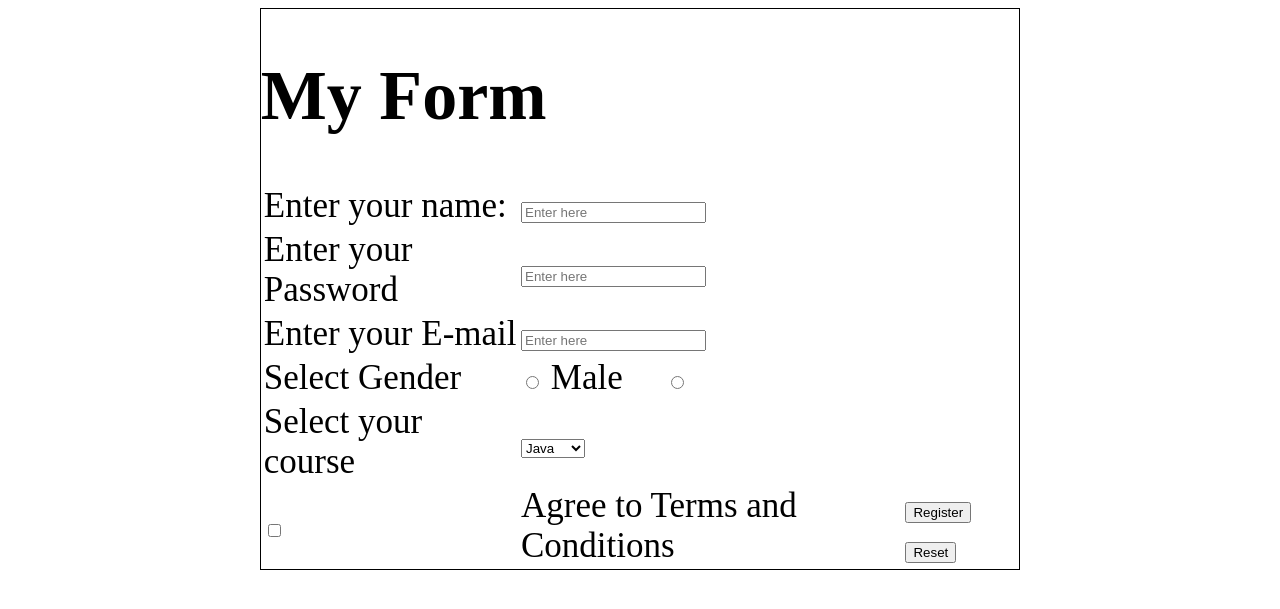
Repository: Amit7Akt/EJB
Page: FormSubmission/src/main/webapp/index.html
These files come from the project's save history. The page is drawn as it stood at one moment and after the next save; the edit follows.
The browser window is 1280 px wide. The pictures show the whole page.

Above is the page before, as saved 2022-11-22 06:43:29.

### FormSubmission/src/main/webapp/index.html
<!DOCTYPE html>
<html lang = "en">
	<head>
		<meta charset= "UTF-8">
		<title> &npsb Form Page</title>
		<style type="text/css">
			.container{
				width: 60%;
				border : 1px solid black;
				margin: auto;
				font-size: 35px;
				}


		</style>

	</head>
	<body>
		<div class = "container">
			<h1> My Form</h1>
			<form action = "RegisterServlet " mehod = "post">
				<table>
					<tr>
						<td>Enter your name:</td>
						<td> <input type = "text" name = "user_name" placeholder = "Enter here"/> </td>
					</tr>
					<tr>
						<td>Enter your Password	</td>
						<td><input type = "Password" name = "user_password" placeholder= "Enter here"/></td>
					</tr>
					<tr>
						<td>Enter your E-mail</td>
						<td><input type = "email" name = "user_name" placeholder = "Enter here" /> </td>
					</tr>

					<tr>
						<td> Select Gender</td>
						<td> <input type = "radio" name = "user_gender" value = "male"> Male &nbsp; &nbsp; <input type = "radio" name = "user_gender" value = "female"></td>
					</tr>

					<tr>
						<td>
							Select your course
						</td>
						<td>
							<select name = "user_course" >
								<option value ="Java"> Java</option>
								<option value = "Php"> Php </option>
								<option value = "Python"> Python </option>
								<option value = "Ruby">Ruby </option>
							</select>
						</td>
					</tr>

					<tr>
						<td style = "text_align: center">
							<input type = "checkbox" value= "checked" name = "condition" />
						</td>
						<td>
							Agree to Terms and Conditions
						</td>

						<td>

						</td>

						<td>
							<button type = "submit"> Register</button>
							<button type = "reset"> Reset</button>
						</td>




				</table>

			</form>

		</div>

	</body>

</html>

After the next save:
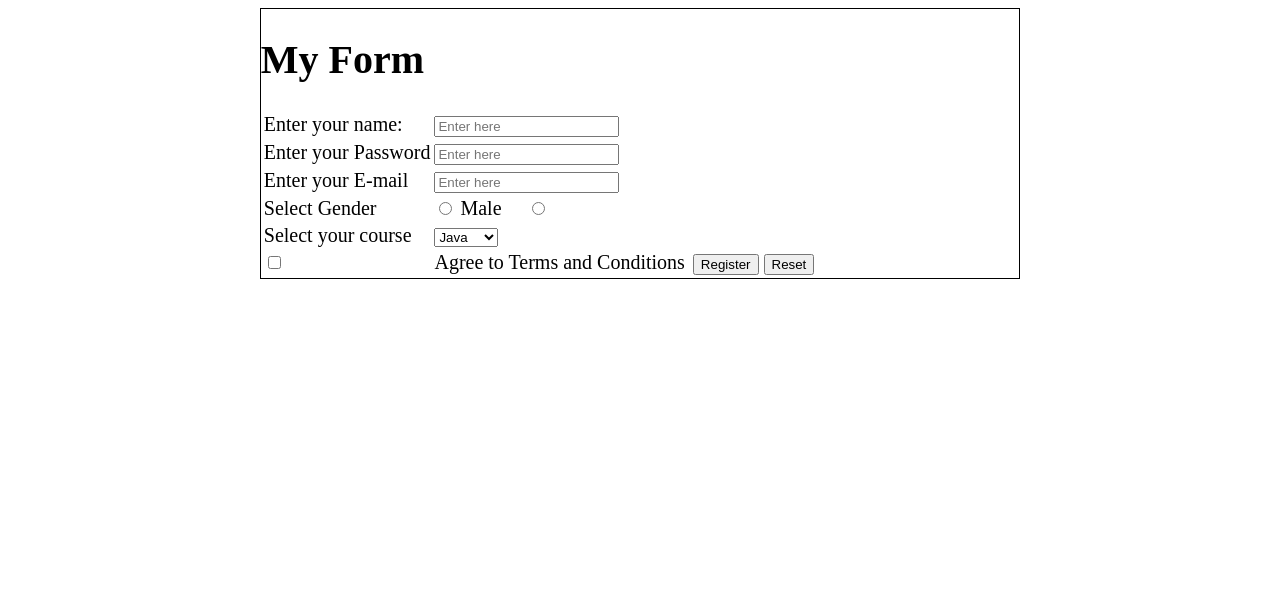
Saved 8 s later.
--- a/FormSubmission/src/main/webapp/index.html
+++ b/FormSubmission/src/main/webapp/index.html
@@ -8,7 +8,7 @@
 				width: 60%;
 				border : 1px solid black;
 				margin: auto;
-				font-size: 35px;
+				font-size: 20px;
 				}
 
 
